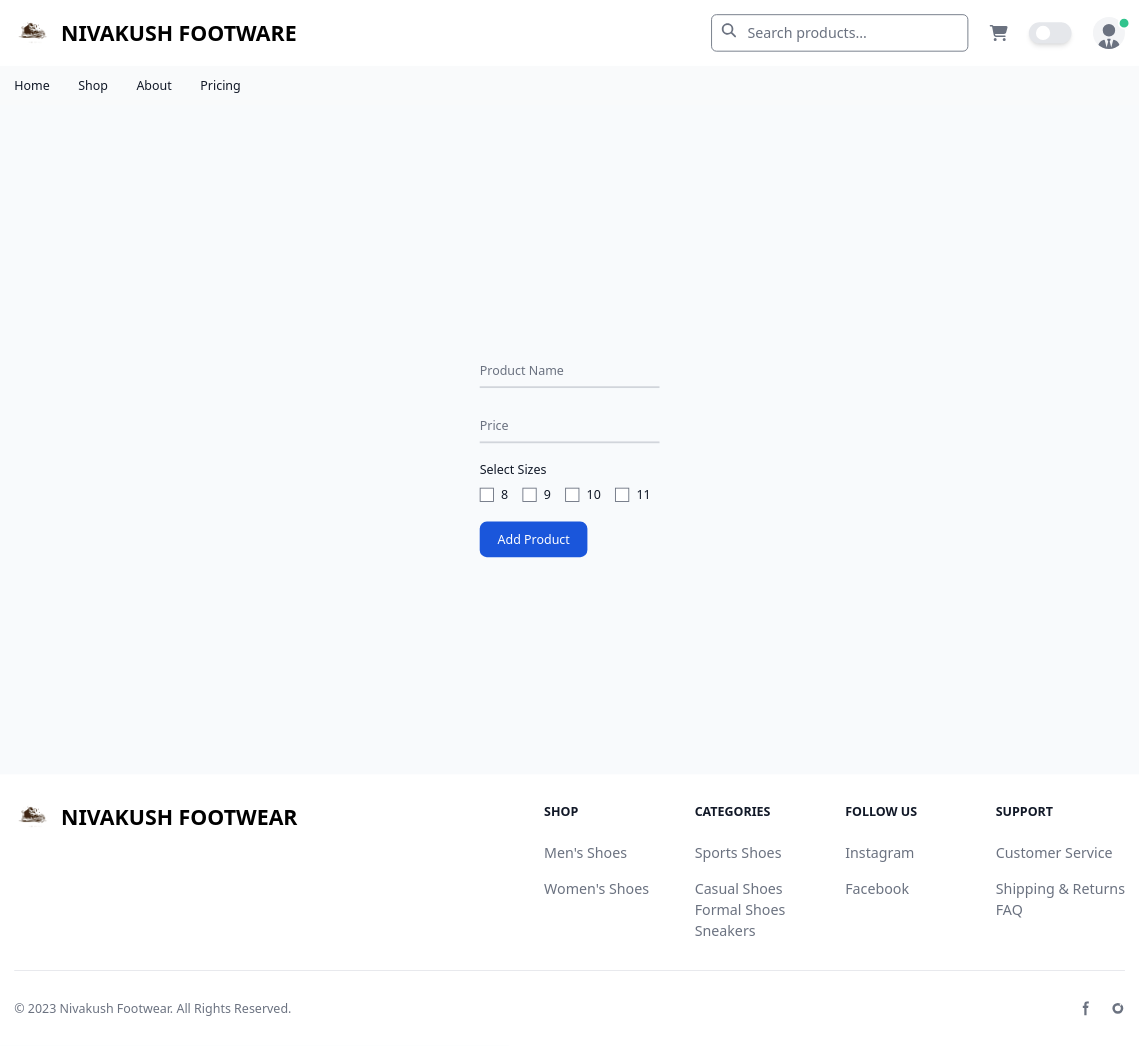
Repository: sibi24sibi/shoe-ecommerce
Page: /admin
The author's editor kept a copy of each file at every save. The page is drawn from the files as they stood at one save, then again after the next save.
The browser window is 1280 px wide. The pictures show the whole page, at 89% of full size.
Some web libraries are served in a nearby version. The project was rebuilt for these pictures with package versions that can differ from the ones it lists, and the page was loaded fresh each time. Also part of the build but not shown: vite.config.js, src/Payment.jsx, src/Components/Products.jsx, src/Components/Carosel.jsx, src/Prod-page.jsx, src/Cart-page.jsx, src/ProductInfo.jsx, src/Aboutus.jsx and 3 more.

Above is the page before, as saved 2024-09-11 15:17:28.

### index.html
<!doctype html>
<html lang="en">
  <head>
    <meta charset="UTF-8" />
    <link rel="icon" type="image/svg+xml" href="/vite.svg" />
    <meta name="viewport" content="width=device-width, initial-scale=1.0" />
    <title>Vite + React</title>
    <script src="https://cdn.jsdelivr.net/npm/flowbite@2.5.1/dist/flowbite.min.js"></script>
    <link href="https://cdn.jsdelivr.net/npm/flowbite@2.5.1/dist/flowbite.min.css" rel="stylesheet" />
  </head>
  <body>
    <div id="root"></div>

    <script defer src="https://cdn.jsdelivr.net/npm/alpinejs@3.x.x/dist/cdn.min.js"></script>
    <script type="module" src="/src/main.jsx"></script>
  </body>
</html>

### src/main.jsx
import { StrictMode } from "react";
import { createRoot } from "react-dom/client";
import App from "./App.jsx";
import "./index.css";
import { BrowserRouter } from "react-router-dom";
import ShopContextProvider from "./Context/ShopContext.jsx";

createRoot(document.getElementById("root")).render(
  <BrowserRouter>
    <ShopContextProvider>
      <App />
    </ShopContextProvider>
  </BrowserRouter>
);

### src/App.jsx
import { Route, Routes } from "react-router-dom";
import "./App.css";
import { ToastContainer, toast } from "react-toastify";
import "react-toastify/dist/ReactToastify.css";
import Payment from "./Payment";
import Prodpage from "./Prod-page";
import NavBar from "./Components/NavBar";
import Footer from "./Components/Footer";

import Cartpage from "./Cart-page";
import ProductInfo from "./ProductInfo";
import About from "./Aboutus";
import Pricing from "./Pricing";
import Shop from "./Shop";
import AdminLogin from "./AdminLogin";
import Admin from "./Adminpage";

function App() {
  return (
    <>
      <div className="bg-slate-50 dark:bg-slate-950">
        <ToastContainer />
        <NavBar />
        <div className="  mx-auto md:max-w-screen-xl  max-w-screen-sm ">
          <Routes>
            <Route path="/" element={<Prodpage />} />
            <Route
              path="/productInfo/:productInfoId"
              element={<ProductInfo />}
            />
            <Route path="/cart" element={<Cartpage />} />

            <Route path="/payment" element={<Payment />} />
            <Route path="/about" element={<About />} />
            <Route path="/pricing" element={<Pricing />} />
            <Route path="/shop" element={<Shop />} />
            <Route path="/login" element={<AdminLogin />} />
            <Route path="/admin" element={<Admin />} />
          </Routes>
        </div>
        <Footer />
      </div>
    </>
  );
}

export default App;

### src/Context/ShopContext.jsx
import React, { createContext, useState, useEffect } from "react";
import { productsdData } from "../assets/assets";
import { toast } from "react-toastify";

export const ShopContext = createContext();

const ShopContextProvider = (props) => {
  const [products, setProducts] = useState(productsdData);
  const [cartItems, setCartItems] = useState(() => {
    // Load cart from localStorage on initial load
    const savedCart = localStorage.getItem("cartItems");
    return savedCart ? JSON.parse(savedCart) : {};
  });

  const addNewProduct = (newProduct) => {
    setProducts((prevProducts) => [...prevProducts, newProduct]);
  };

  // Use effect to update localStorage whenever cartItems changes
  useEffect(() => {
    localStorage.setItem("cartItems", JSON.stringify(cartItems));
  }, [cartItems]);

  const addToCart = (itemId, size) => {
    if (!size) {
      toast.error("Select product size");
      return;
    }

    let cartData = structuredClone(cartItems);

    if (cartData[itemId]) {
      if (cartData[itemId][size]) {
        cartData[itemId][size] += 1;
      } else {
        cartData[itemId][size] = 1;
      }
    } else {
      cartData[itemId] = { [size]: 1 };
    }

    setCartItems(cartData);
    toast.success("Added to cart");
  };

  const incrementQuantity = (itemId, size) => {
    let cartData = structuredClone(cartItems);
    if (cartData[itemId]) {
      if (cartData[itemId][size]) {
        cartData[itemId][size] += 1;
      } else {
        cartData[itemId][size] = 1;
      }
      setCartItems(cartData);
    }
  };

  const decrementQuantity = (itemId, size) => {
    let cartData = structuredClone(cartItems);
    if (cartData[itemId] && cartData[itemId][size]) {
      if (cartData[itemId][size] > 1) {
        cartData[itemId][size] -= 1;
      } else {
        delete cartData[itemId][size];
        if (Object.keys(cartData[itemId]).length === 0) {
          delete cartData[itemId];
        }
      }
      setCartItems(cartData);
    }
  };

  const deleteItem = (itemId, size) => {
    let cartData = structuredClone(cartItems);
    if (cartData[itemId] && cartData[itemId][size]) {
      delete cartData[itemId][size];
      if (Object.keys(cartData[itemId]).length === 0) {
        delete cartData[itemId];
      }
      setCartItems(cartData);
    }
  };

  const getCartCount = () => {
    let totalCount = 0;
    for (const item in cartItems) {
      for (const size in cartItems[item]) {
        totalCount += cartItems[item][size];
      }
    }
    return totalCount;
  };

  return (
    <ShopContext.Provider
      value={{
        products,
        cartItems,
        addToCart,
        incrementQuantity,
        decrementQuantity,
        deleteItem,
        getCartCount,
        addNewProduct,
      }}
    >
      {props.children}
    </ShopContext.Provider>
  );
};

export default ShopContextProvider;

### src/App.css
.sticky-top {
    position: -webkit-sticky;
    position: sticky;
    top: 0;
    z-index: 1020;
}

/* Custom styles for react-toastify */
@media (max-width: 768px) { /* You can adjust the breakpoint as needed */
    .Toastify__toast-container {
      top: auto !important;
      bottom: 0 !important;

    }
  }

### src/Components/NavBar.jsx
import { useState, useEffect, useContext } from "react";
import { FontAwesomeIcon } from "@fortawesome/react-fontawesome";
import {
  faCartShopping,
  faMoon,
  faSun,
  faSearch,
  faUserTie,
  faUser,
} from "@fortawesome/free-solid-svg-icons";
import { NavLink } from "react-router-dom";
import { assets } from "../assets/assets";
import { ShopContext } from "../Context/ShopContext";

function NavBar() {
  // State to manage the dark theme
  const [darkTheme, setDarkTheme] = useState(false);

  // Effect to apply/remove the 'dark' class on the html element
  useEffect(() => {
    if (darkTheme) {
      document.documentElement.classList.add("dark");
    } else {
      document.documentElement.classList.remove("dark");
    }
  }, [darkTheme]);

  // Toggle theme function
  const toggleTheme = () => {
    setDarkTheme((prevTheme) => !prevTheme);
  };

  // Access cart count from context
  const { getCartCount } = useContext(ShopContext);

  return (
    <div className="mb-8 sticky-top">
      {/* Top Navbar */}
      <nav className="bg-white border-gray-200 dark:bg-gray-900">
        <div className="flex flex-wrap justify-between items-center mx-auto max-w-screen-2xl p-4">
          <a
            href="#"
            className="flex items-center space-x-3 rtl:space-x-reverse"
          >
            <img src={assets.Logo} className="h-8" alt="Shop Logo" />
            <span className="self-center text-xs/[0.2555rem] uppercase md:text-2xl    md:font-semibold  font-normal whitespace-nowrap dark:text-white">
              Nivakush Footware
            </span>
          </a>
          <div className="flex items-center space-x-6 rtl:space-x-reverse">
            {/* Search Bar */}
            <div className="relative hidden sm:block">
              <input
                type="text"
                placeholder="Search products..."
                className="pl-10 pr-4 py-2 border rounded-md dark:bg-gray-800 dark:text-white"
              />
              <FontAwesomeIcon
                icon={faSearch}
                className="absolute left-3 top-2.5 text-gray-500 dark:text-gray-400"
              />
            </div>

            <NavLink
              to="/cart"
              className="    text-gray-500 dark:text-white hover:underline relative"
            >
              <div className="flex items-center relative">
                <FontAwesomeIcon
                  icon={faCartShopping}
                  className=" text-sm md:text-lg"
                />
                {getCartCount() > 0 && (
                  <span className="absolute -top-1 -right-2 bg-red-500 text-white text-xs rounded-full w-4 h-4 flex items-center justify-center">
                    {getCartCount()}
                  </span>
                )}
              </div>
            </NavLink>

            <button
              onClick={toggleTheme}
              className="relative inline-flex items-center  text-sm md:text-lg p-1 bg-gray-200 dark:bg-gray-600 rounded-full md:w-12 md:h-6 w-6   h-3 transition-colors duration-300 focus:outline-none shadow-md"
            >
              <span
                className={`absolute inline-block md:w-4 md:h-4 w-2 h-2 bg-white dark:bg-gray-300 rounded-full transition-transform transform ${
                  darkTheme
                    ? "translate-x-3 md:translate-x-6"
                    : "translate-x-0 md:translate-x-1"
                }`}
              />
              <span className="sr-only">Toggle Theme</span>
            </button>

            <NavLink
              to="/login "
              className="text-sm text-gray-500   md:text-lg dark:text-white hover:underline"
            >
              <div className="relative">
                <div className="relative md:w-9 md:h-9 w-5  h-5 text-center overflow-hidden bg-gray-100 rounded-full dark:bg-gray-600">
                  <FontAwesomeIcon
                    icon={faUserTie}
                    className=" md:w-7 md:h-7   translate-y-[0.15rem] md:translate-y-2"
                  />
                </div>
                <span className="top-0 left-4 absolute   w-2 h-2 bg-green-400 border-2 border-white dark:border-gray-800  block md:hidden rounded-full"></span>
                <span className="top-0 left-7 absolute  w-3.5 h-3.5 bg-green-400 border-2 border-white dark:border-gray-800  hidden md:block rounded-full"></span>
              </div>
            </NavLink>
          </div>
        </div>
      </nav>

      {/* Bottom Navbar */}
      <nav className="bg-gray-50 dark:bg-gray-700 sticky top-0 z-50">
        <div className="max-w-screen-xl px-4 py-3 mx-auto">
          <ul className="flex flex-row font-medium mt-0 space-x-8 rtl:space-x-reverse text-sm">
            <li>
              <NavLink
                to="/"
                className="text-gray-900 dark:text-white hover:underline"
                aria-current="page"
              >
                Home
              </NavLink>
            </li>
            <li>
              <NavLink
                to="/shop"
                className="text-gray-900 dark:text-white hover:underline"
              >
                Shop
              </NavLink>
            </li>
            <li>
              <NavLink
                to="/about"
                className="text-gray-900 dark:text-white hover:underline"
              >
                About
              </NavLink>
            </li>
            <li>
              <NavLink
                to="/pricing"
                className="text-gray-900 dark:text-white hover:underline"
              >
                Pricing
              </NavLink>
            </li>
          </ul>
        </div>
      </nav>
    </div>
  );
}

export default NavBar;

### src/Adminpage.jsx
import React, { useState } from "react";

function AddProductForm() {
  const [productName, setProductName] = useState("");
  const [price, setPrice] = useState("");
  const [selectedSizes, setSelectedSizes] = useState([]);

  const handleSizeChange = (e) => {
    const size = e.target.value;
    setSelectedSizes((prevSizes) =>
      prevSizes.includes(size)
        ? prevSizes.filter((s) => s !== size)
        : [...prevSizes, size]
    );
  };

  const handleSubmit = (e) => {
    e.preventDefault();
    const newProduct = {
      id: Date.now(),
      name: productName,
      price: productPrice,
      sizes: selectedSizes, // from your checkboxes
      // Add other fields as needed
    };
    addNewProduct(newProduct);
  };

  return (
    <div className="flex justify-center items-center h-screen">
      <form className="max-w-md mx-auto" onSubmit={handleSubmit}>
        <div className="relative z-0 w-full mb-5 group">
          <input
            type="text"
            name="product_name"
            id="product_name"
            className="block py-2.5 px-0 w-full text-sm text-gray-900 bg-transparent border-0 border-b-2 border-gray-300 appearance-none dark:text-white dark:border-gray-600 dark:focus:border-blue-500 focus:outline-none focus:ring-0 focus:border-blue-600 peer"
            placeholder=" "
            value={productName}
            onChange={(e) => setProductName(e.target.value)}
            required
          />
          <label
            htmlFor="product_name"
            className="peer-focus:font-medium absolute text-sm text-gray-500 dark:text-gray-400 duration-300 transform -translate-y-6 scale-75 top-3 -z-10 origin-[0] peer-focus:start-0 peer-focus:text-blue-600 peer-focus:dark:text-blue-500 peer-placeholder-shown:scale-100 peer-placeholder-shown:translate-y-0 peer-focus:scale-75 peer-focus:-translate-y-6"
          >
            Product Name
          </label>
        </div>

        <div className="relative z-0 w-full mb-5 group">
          <input
            type="text"
            name="price"
            id="price"
            className="block py-2.5 px-0 w-full text-sm text-gray-900 bg-transparent border-0 border-b-2 border-gray-300 appearance-none dark:text-white dark:border-gray-600 dark:focus:border-blue-500 focus:outline-none focus:ring-0 focus:border-blue-600 peer"
            placeholder=" "
            value={price}
            onChange={(e) => setPrice(e.target.value)}
            required
          />
          <label
            htmlFor="price"
            className="peer-focus:font-medium absolute text-sm text-gray-500 dark:text-gray-400 duration-300 transform -translate-y-6 scale-75 top-3 -z-10 origin-[0] peer-focus:start-0 peer-focus:text-blue-600 peer-focus:dark:text-blue-500 peer-placeholder-shown:scale-100 peer-placeholder-shown:translate-y-0 peer-focus:scale-75 peer-focus:-translate-y-6"
          >
            Price
          </label>
        </div>

        <div className="mb-5">
          <label className="block text-sm font-medium text-gray-900 dark:text-white mb-2">
            Select Sizes
          </label>
          <div className="flex gap-4">
            {["8", "9", "10", "11"].map((size) => (
              <div key={size} className="flex items-center">
                <input
                  type="checkbox"
                  id={`size_${size}`}
                  value={size}
                  checked={selectedSizes.includes(size)}
                  onChange={handleSizeChange}
                  className="mr-2"
                />
                <label
                  htmlFor={`size_${size}`}
                  className="text-sm font-medium text-gray-900 dark:text-gray-300"
                >
                  {size}
                </label>
              </div>
            ))}
          </div>
        </div>

        <button
          type="submit"
          className="text-white bg-blue-700 hover:bg-blue-800 focus:ring-4 focus:outline-none focus:ring-blue-300 font-medium rounded-lg text-sm w-full sm:w-auto px-5 py-2.5 text-center dark:bg-blue-600 dark:hover:bg-blue-700 dark:focus:ring-blue-800"
        >
          Add Product
        </button>
      </form>
    </div>
  );
}

export default AddProductForm;

Loaded but not shown: src/index.css (common file); tailwind.config.js (common file); src/assets/assets.js (313 lines, source omitted); src/Components/Footer.jsx (161 lines, source omitted)

After the next save:
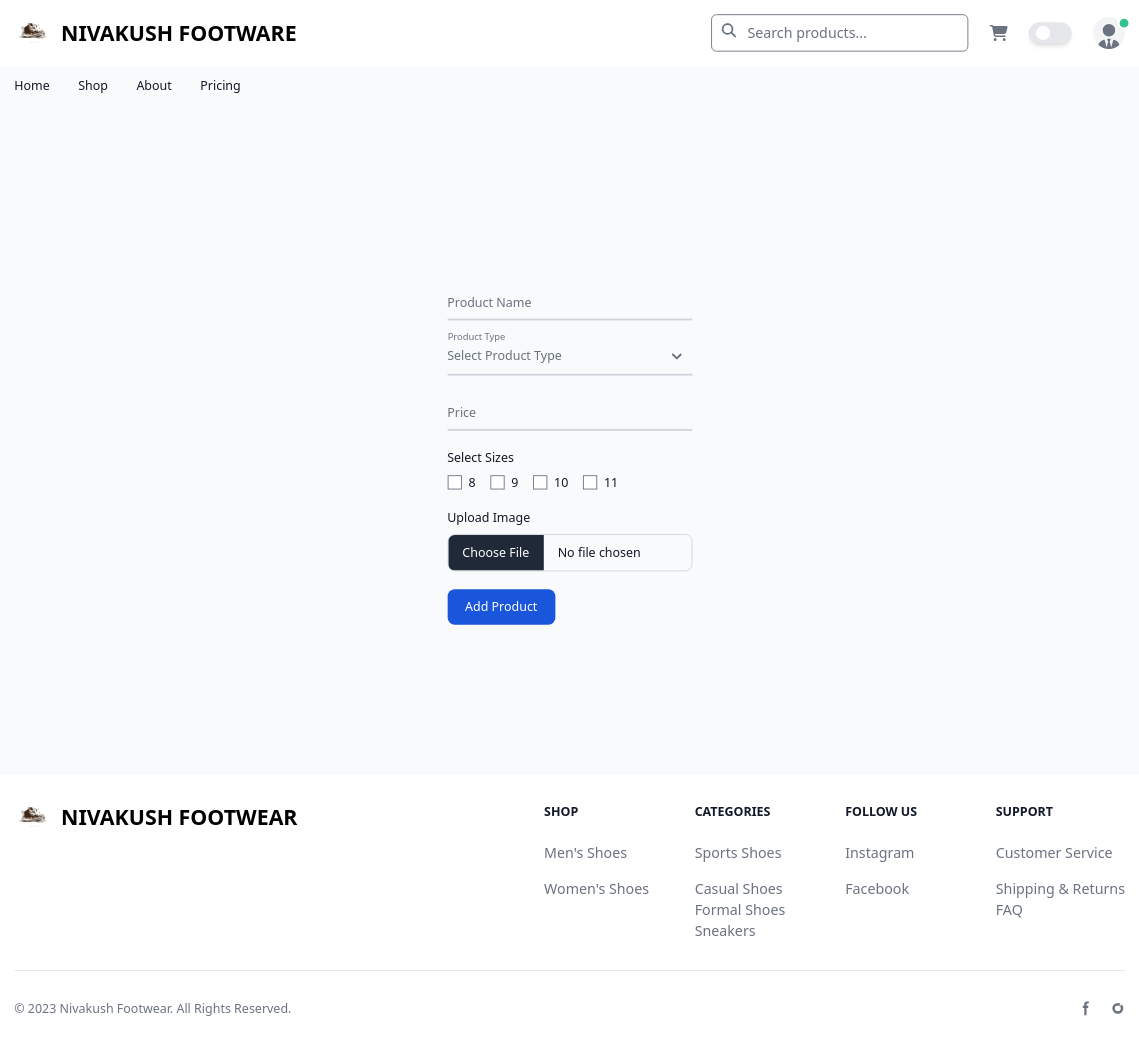
Saved 3 min 15 s later.
--- a/src/Adminpage.jsx
+++ b/src/Adminpage.jsx
@@ -1,10 +1,13 @@
 import React, { useState } from "react";
 
-function AddProductForm() {
+function AddProductForm({ addNewProduct }) {
   const [productName, setProductName] = useState("");
   const [price, setPrice] = useState("");
   const [selectedSizes, setSelectedSizes] = useState([]);
+  const [productType, setProductType] = useState(""); // Added state for product type
+  const [image, setImage] = useState(null); // Added state for image upload
 
+  // Handle size checkbox
   const handleSizeChange = (e) => {
     const size = e.target.value;
     setSelectedSizes((prevSizes) =>
@@ -14,21 +17,29 @@ function AddProductForm() {
     );
   };
 
+  // Handle form submission
   const handleSubmit = (e) => {
     e.preventDefault();
     const newProduct = {
       id: Date.now(),
       name: productName,
-      price: productPrice,
+      price: parseFloat(price),
+      type: productType,
       sizes: selectedSizes, // from your checkboxes
-      // Add other fields as needed
+      image, // the uploaded image file
     };
     addNewProduct(newProduct);
+  };
+
+  // Handle image upload
+  const handleImageUpload = (e) => {
+    setImage(e.target.files[0]); // Store the uploaded image in state
   };
 
   return (
     <div className="flex justify-center items-center h-screen">
       <form className="max-w-md mx-auto" onSubmit={handleSubmit}>
+        {/* Product Name Input */}
         <div className="relative z-0 w-full mb-5 group">
           <input
             type="text"
@@ -48,9 +59,34 @@ function AddProductForm() {
           </label>
         </div>
 
+        {/* Product Type Select */}
+        <div className="relative z-0 w-full mb-5 group">
+          <select
+            id="product_type"
+            className="block py-2.5 px-0 w-full text-sm text-gray-500 bg-transparent border-0 border-b-2 border-gray-300 appearance-none dark:text-white dark:border-gray-600 dark:focus:border-blue-500 focus:outline-none focus:ring-0 focus:border-blue-600 peer"
+            value={productType}
+            onChange={(e) => setProductType(e.target.value)}
+            required
+          >
+            <option value="" disabled>
+              Select Product Type
+            </option>
+            <option value="Shoes">Shoes</option>
+            <option value="Clothing">Clothing</option>
+            <option value="Accessories">Accessories</option>
+          </select>
+          <label
+            htmlFor="product_type"
+            className="peer-focus:font-medium absolute text-sm text-gray-500 dark:text-gray-400 duration-300 transform -translate-y-6 scale-75 top-3 -z-10 origin-[0] peer-focus:start-0 peer-focus:text-blue-600 peer-focus:dark:text-blue-500 peer-placeholder-shown:scale-100 peer-placeholder-shown:translate-y-0 peer-focus:scale-75 peer-focus:-translate-y-6"
+          >
+            Product Type
+          </label>
+        </div>
+
+        {/* Price Input (type='number') */}
         <div className="relative z-0 w-full mb-5 group">
           <input
-            type="text"
+            type="number"
             name="price"
             id="price"
             className="block py-2.5 px-0 w-full text-sm text-gray-900 bg-transparent border-0 border-b-2 border-gray-300 appearance-none dark:text-white dark:border-gray-600 dark:focus:border-blue-500 focus:outline-none focus:ring-0 focus:border-blue-600 peer"
@@ -67,6 +103,7 @@ function AddProductForm() {
           </label>
         </div>
 
+        {/* Size Checkboxes */}
         <div className="mb-5">
           <label className="block text-sm font-medium text-gray-900 dark:text-white mb-2">
             Select Sizes
@@ -93,6 +130,20 @@ function AddProductForm() {
           </div>
         </div>
 
+        {/* Image Upload */}
+        <div className="mb-5">
+          <label className="block text-sm font-medium text-gray-900 dark:text-white mb-2">
+            Upload Image
+          </label>
+          <input
+            type="file"
+            accept="image/*"
+            onChange={handleImageUpload}
+            className="block w-full text-sm text-gray-900 bg-gray-50 rounded-lg border border-gray-300 cursor-pointer dark:text-gray-400 dark:bg-gray-700 dark:border-gray-600 dark:placeholder-gray-400"
+          />
+        </div>
+
+        {/* Submit Button */}
         <button
           type="submit"
           className="text-white bg-blue-700 hover:bg-blue-800 focus:ring-4 focus:outline-none focus:ring-blue-300 font-medium rounded-lg text-sm w-full sm:w-auto px-5 py-2.5 text-center dark:bg-blue-600 dark:hover:bg-blue-700 dark:focus:ring-blue-800"
